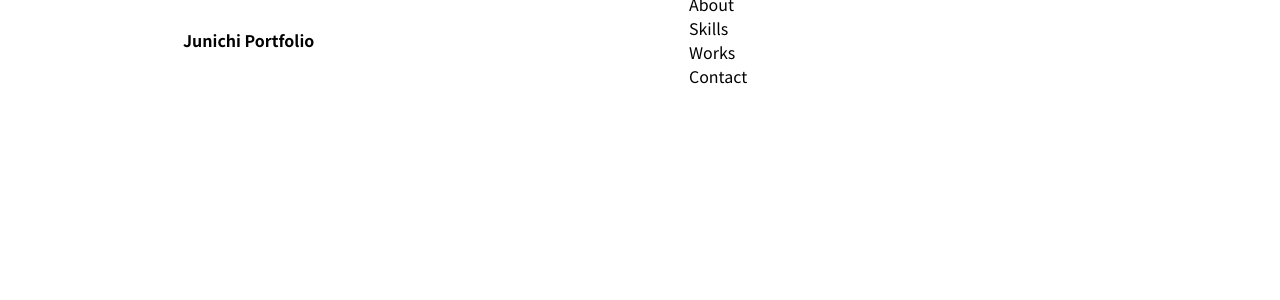
Repository: Junichi-Machii/portfolio-2023-v1
Page: index.html
An editor plug-in stored every save of this project. The page is shown before and after the next save, followed by the edit.
The browser window is 1280 px wide. The pictures show the whole page.
Pictures or frames that could not be fetched are drawn as grey boxes. The style sheet was rebuilt from its Sass, Less or Tailwind sources for each picture, by a compiler version that may differ from the author's.

Above is the page before, as saved 2023-03-19 15:47:39.

After the next save:
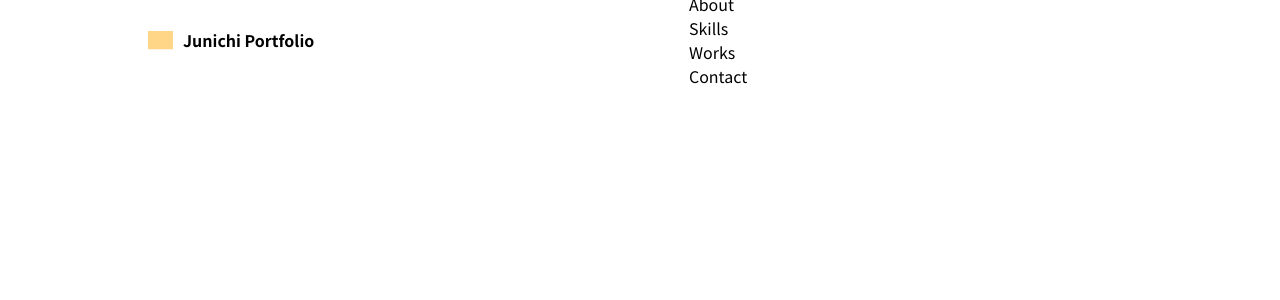
Saved 2 s later.
--- a/style.scss
+++ b/style.scss
@@ -104,7 +104,7 @@
     width: 25px;
     height: 25px;
     background: var(--main-color);
-    mask: url("");
+    mask: url("./");
     mask-size: contain;
     mask-repeat: no-repeat;
     mask-position: center;
